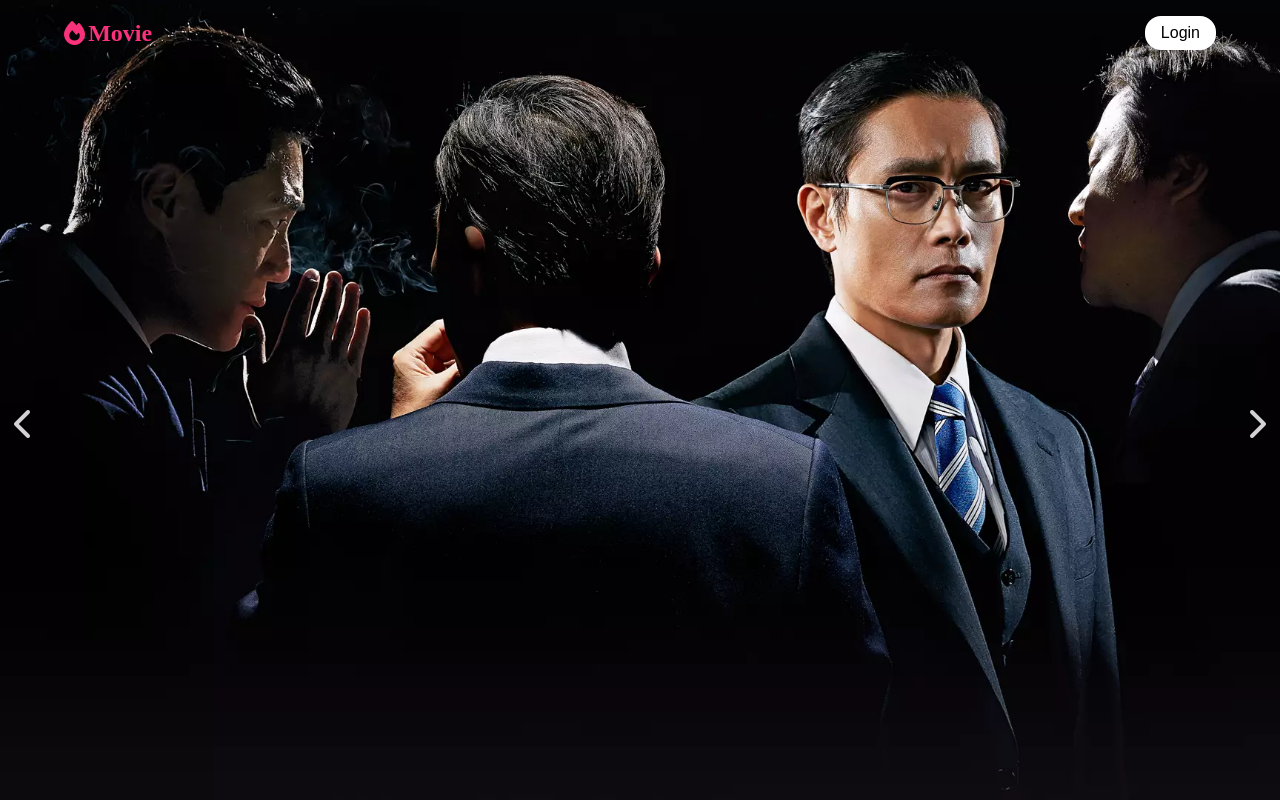
Repository: elice-study/elice_study_vanilla_jinkyu
Page: index.html
The author's editor kept a copy of each file at every save. The page is drawn from the files as they stood at one save, then again after the next save.
The browser window is 1280 px wide. The pictures show the whole page.
Some web libraries are served in a nearby version.

Above is the page before, as saved 2023-06-01 11:39:32.

### index.html
<!DOCTYPE html>
<html lang="en">
<head>
    <meta charset="UTF-8">
    <meta http-equiv="X-UA-Compatible" content="IE=edge">
    <meta name="viewport" content="width=device-width, initial-scale=1.0">
    <title>Movie</title>
    <!-- <link rel="icon" href="logo.ico"> -->
    <!-- CSS -->
    <link rel="stylesheet" href="style.css">
    <!-- JS -->
    <script src="main.js" defer></script>
    <!-- Font Awesome -->
    <script src="https://kit.fontawesome.com/83424fe51a.js" crossorigin="anonymous"></script>
</head>
<body>
    <header id="header">
        <div class="logo">
            <i class="fa fa-fire"></i>
            <h1 class="logo__title">Movie</h1>
        </div>
        <div class="user">
            <button class="user__login">Login</button>
        </div>
    </header>
    <section class="banner">
        <div class="slider">
            <div class="slide active"></div>
            <div class="slide"></div>
            <div class="slide"></div>
        </div>
        <button class="btn-left">
            <i class="fa fa-chevron-left"></i>
        </button>
        <button class="btn-right">
            <i class="fa fa-chevron-right"></i>
        </button>
    </section>
</body>
</html>

### style.css
/* Global setting */
:root{
    --color-accent: #fa327b;
}

*{
    box-sizing: border-box;
    padding: 0;
    margin: 0;
}

button{
    cursor: pointer;
}

body{
    background-color: black;
}

/* Header */
#header{
    z-index: 1;
    position: fixed;
    top: 0;
    left: 0;
    width: 100%;
    display: flex;
    justify-content: space-between;
    align-items: center;
    padding: 1rem 4rem;
    background-color: transparent;
}

#header.dark{
    background-color: black;
}

.logo{
    cursor: pointer;
    display: flex;
    align-items: center;
    color: var(--color-accent);
}

.fa-fire{
    font-size: 1.5rem;
    margin-right: 0.2rem;
}

.logo__title{
    font-size: 1.5rem;
}

.user__login{
    background-color: white;
    font-size: 1rem;
    border-radius: 1rem;
    border: none;
    padding: 0.5rem 1rem;
}
/* Main */
.banner{
    width: 100%;
    height: 50rem;
    position: relative;
}

.slider{
    position: relative;
    width: 100%;
    height: 100%;
    margin-bottom: 5rem;
}

.slide{
    position: absolute;
    width: 100%;
    height: 100%;
    display: none;
}

.slide.active{
    display: block;
}

.slide:nth-child(1){
    background: url(img/poster1.webp) no-repeat center;
    background-size: cover;
}

.slide:nth-child(2){
    background: url(img/poster2.webp) no-repeat center;
    background-size: cover;
}

.slide:nth-child(3){
    background: url(img/poster3.webp) no-repeat center;
    background-size: cover;
}

.btn-left{
    z-index: 1;
    position: absolute;
    width: 3rem;
    height: 3rem;
    top: 50%;
    left: 0%;
    border: none;
    background-color: transparent;
}

.btn-left > i{
    color: lightgray;
    font-size: 2rem;
}

.btn-right{
    z-index: 1;
    position: absolute;
    width: 3rem;
    height: 3rem;
    top: 50%;
    right: 0%;
    border: none;
    background-color: transparent;
}

.btn-right > i{
    color: lightgray;
    font-size: 2rem;
}

.btn-left:hover .fa-chevron-left{
    color: white;
}

.btn-right:hover .fa-chevron-right{
    color: white;
}

Loaded but not shown: main.js (common file)

After the next save:
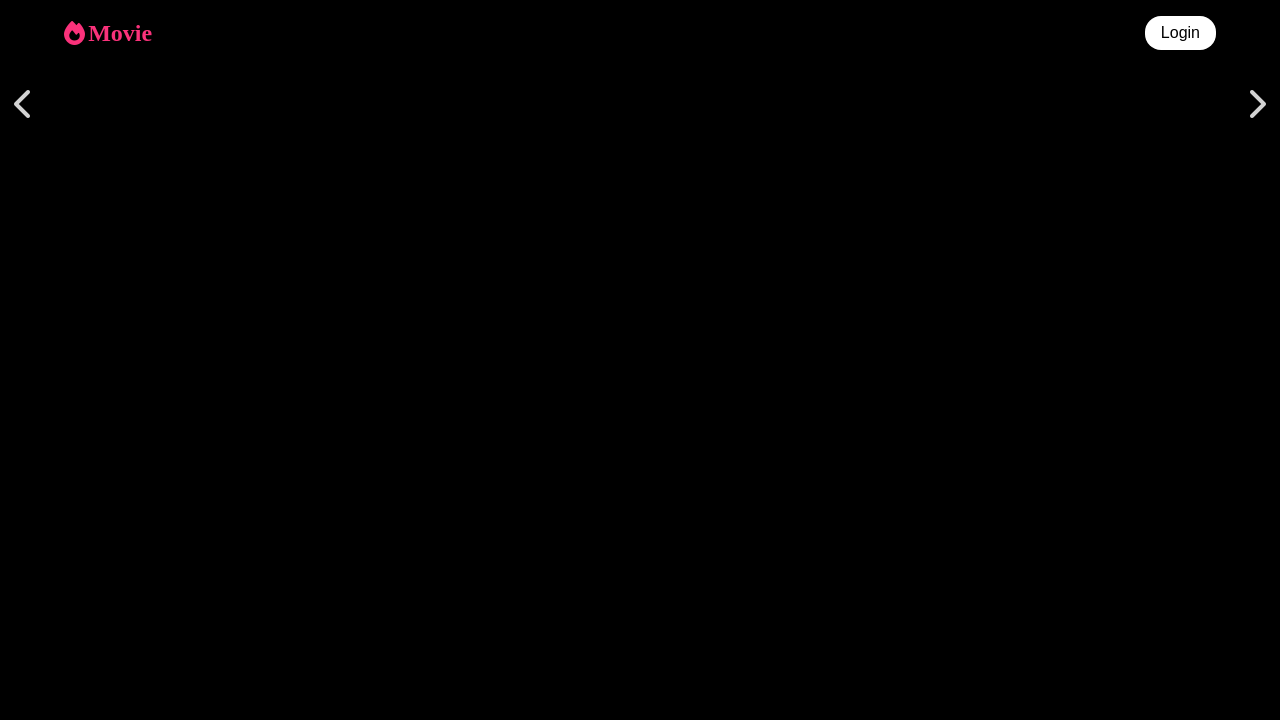
Saved 20 s later.
--- a/style.css
+++ b/style.css
@@ -61,7 +61,7 @@
 /* Main */
 .banner{
     width: 100%;
-    height: 50rem;
+    height: 50%;
     position: relative;
 }
 

After the save that followed:
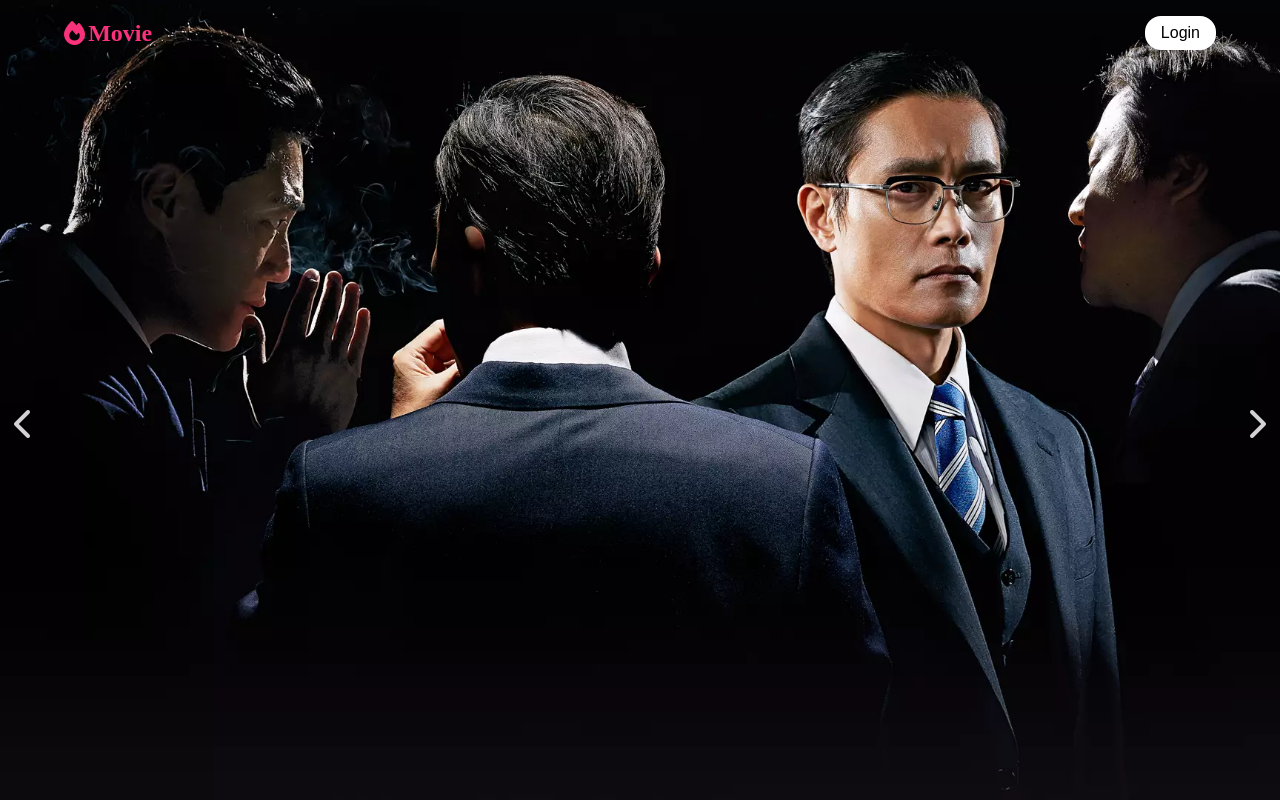
Saved 4 s later.
--- a/style.css
+++ b/style.css
@@ -61,7 +61,7 @@
 /* Main */
 .banner{
     width: 100%;
-    height: 50%;
+    height: 50rem;
     position: relative;
 }
 
